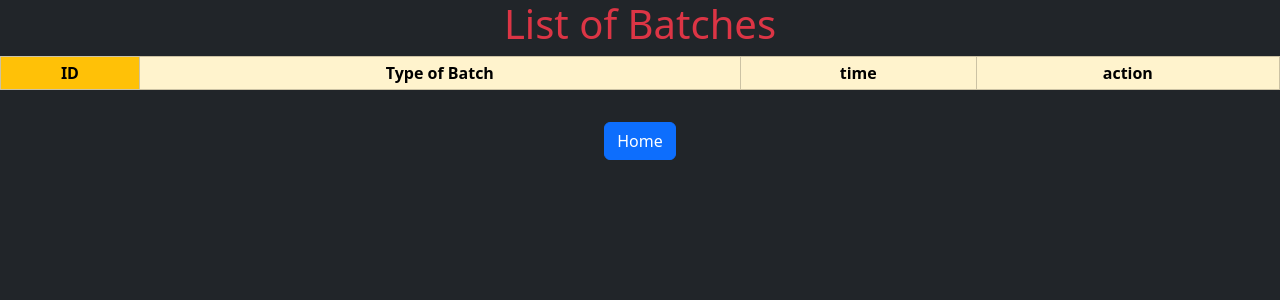
Repository: Jannis-Buschhaus/simplilearn-assessment-phase2
Page: http://localhost/FunfitWebapp/BatchController?target=viewBatch
The author's editor kept a copy of each file at every save. The page is drawn from the files as they stood at one save, then again after the next save.
The browser window is 1280 px wide. The pictures show the whole page.
The page is served by Tomcat 9. Queries for data that is not in the repository find no rows.

Above is the page before, as saved 2024-05-30 14:37:37.

After the next save:
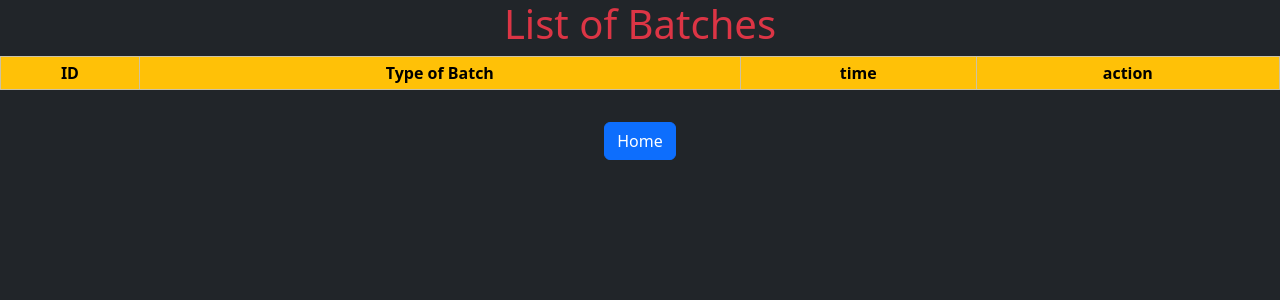
Saved 17 s later.
--- a/FunfitWebapp/src/main/webapp/viewBatch.jsp
+++ b/FunfitWebapp/src/main/webapp/viewBatch.jsp
@@ -37,7 +37,7 @@
 	<div class="text-center">
 		<table  class="table table-warning table-bordered table-hover table-sm">
 			<tr >
-				<th class="bg-warning">ID</th><th>Type of Batch</th><th>time</th><th>action</th>
+				<th class="bg-warning">ID</th><th class="bg-warning">Type of Batch</th><th class="bg-warning">time</th><th class="bg-warning">action</th>
 			</tr>
 			<c:forEach items="${ sessionScope.batch }" var="batch">
 				<tr>
